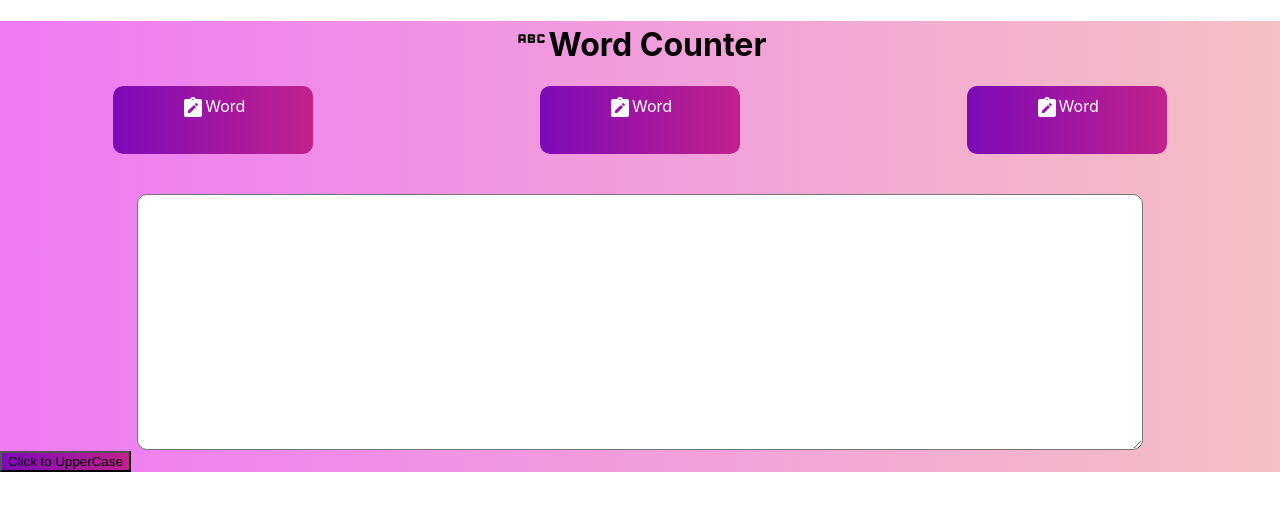
Repository: 123cuongcao/nopbai-basic
Page: /
The author's editor kept a copy of each file at every save. The page is drawn from the files as they stood at one save, then again after a run of saves.
The browser window is 1280 px wide. The pictures show the whole page.
The project was rebuilt for these pictures with package versions that can differ from the ones it lists, and the page was loaded fresh each time.

Above is the page before, as saved 2023-08-15 11:44:25.

### src/App.js
import logo from './logo.svg';
// import './App.css';
import Index from './components';

function App() {
  return (
    <>
      <Index/>
    </>
  );
}

export default App;

### src/components/index.jsx
import React from "react";
import Box from "./views/box";
import AbcIcon from '@mui/icons-material/Abc';
import Textarea from "./views/textarea";

export default function Index() {
  return (
    <div
      style={{
        background: "linear-gradient(to right,#e002ec86,#f3b6b9db",

      }}
    >
        <h1 style={{textAlign:'center'}}> <span ><AbcIcon fontSize="large"/></span>Word Counter</h1>

      <div style={{display: "flex",justifyContent:'space-around'}} >
        <Box />
        <Box />
        <Box />
      </div>

      <div style={{display:'flex',justifyContent:'center',marginTop:'40px'}}>
            <Textarea/>
      </div>

      <div>
            <button style={{background:'linear-gradient(to right,#7D0AB8,#C2228C'}} >Click to UpperCase</button>
      </div>
    </div>
  );
}

### src/components/views/box.jsx
import React from 'react'
import NoteAltIcon from '@mui/icons-material/NoteAlt';

export default function Box() {
  return (
    <div style={{background:'linear-gradient(to right,#7D0AB8,#C2228C',width:'200px',display:'flex',justifyContent:'center',color:'#ffff',borderRadius:'10px'}}>
      <div style={{display:'flex',padding:"10px 30px 30px 30px"}}>
      <span><NoteAltIcon/></span>
      <span>Word</span>
      </div>


    </div>
  )
}

### src/components/views/textarea.jsx
import React from 'react'

export default function Textarea() {
  return (
    <>
        <textarea style={{width:'1000px',height:'250px',borderRadius:'10px',}}></textarea>
    </>
  )
}

Loaded but not shown: public/index.html (common file); src/index.js (common file); src/index.css (common file); src/reportWebVitals.js (common file)

After the next 3 saves:
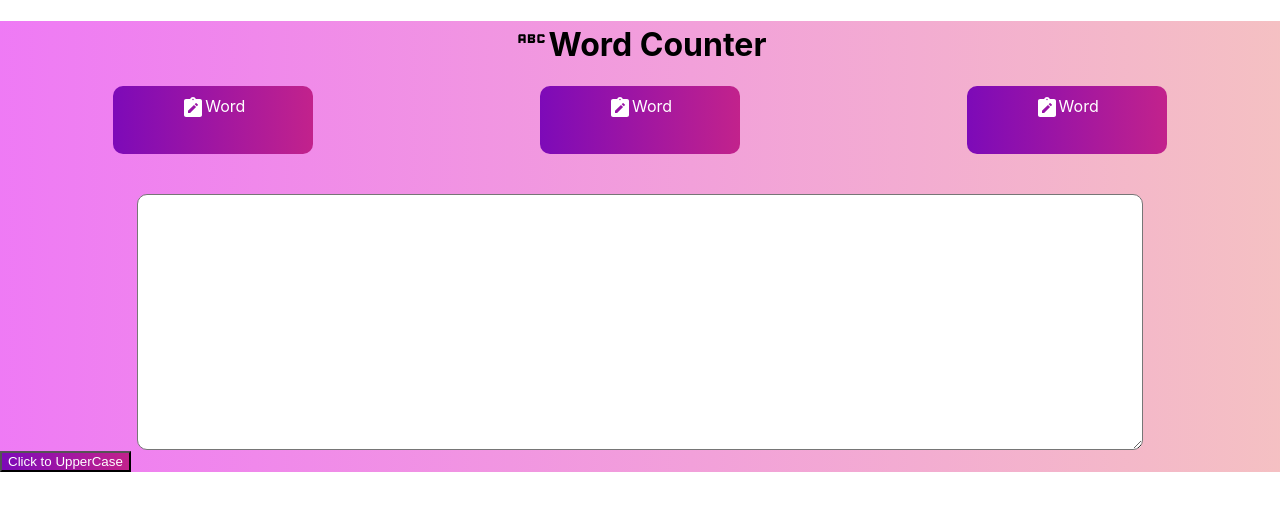
The 3 saves are shown as one change because they came seconds apart.
The last was saved 11 s later.
--- a/src/components/index.jsx
+++ b/src/components/index.jsx
@@ -24,7 +24,7 @@ export default function Index() {
       </div>
 
       <div>
-            <button style={{background:'linear-gradient(to right,#7D0AB8,#C2228C'}} >Click to UpperCase</button>
+            <button style={{background:'linear-gradient(to right,#7D0AB8,#C2228C',color:'#fff'}} >Click to UpperCase</button>
       </div>
     </div>
   );
